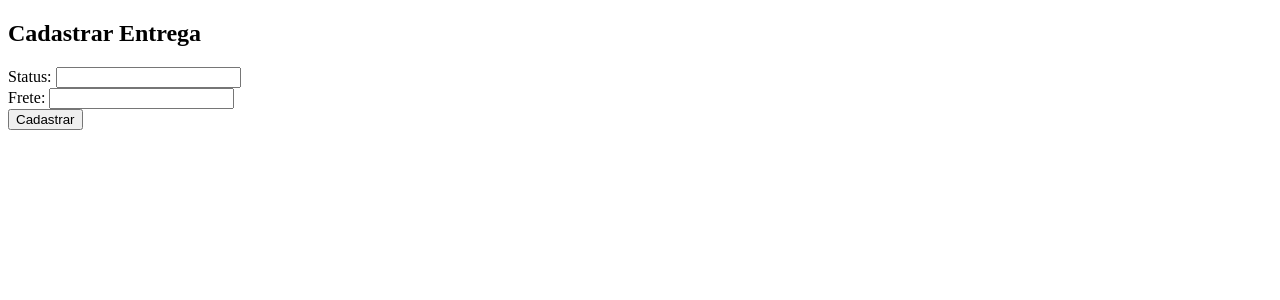
Repository: alvarofgomes/TartarugaCometa
Page: http://localhost/TartarugaCometa/src/main/WebContent/entrega/cadastrar.jsp
The author's editor kept a copy of each file at every save. The page is drawn from the files as they stood at one save, then again after the next save.
The browser window is 1280 px wide. The pictures show the whole page.
The page is served by Tomcat 9. Other server files are loaded and not shown.

Above is the page before, as saved 2025-12-15 23:08:20.

### TartarugaCometa/src/main/WebContent/entrega/cadastrar.jsp
<%@ page language="java" contentType="text/html; charset=UTF-8"
    pageEncoding="UTF-8"%>
<!DOCTYPE html>
<html>
<head>
<meta charset="UTF-8">
<title>Insert title here</title>
</head>
<body>

	<h2>Cadastrar Entrega</h2>

	<form action="entregaCadastrar" method="post">
	    <input type="hidden" name="clienteId" value="${clienteId}" />

	    Status: <input type="text" name="status"><br>
	    Frete: <input type="number" step="0.01" name="frete"><br>

	    <input type="submit" value="Cadastrar">
	</form>


</body>
</html>

After the next save:
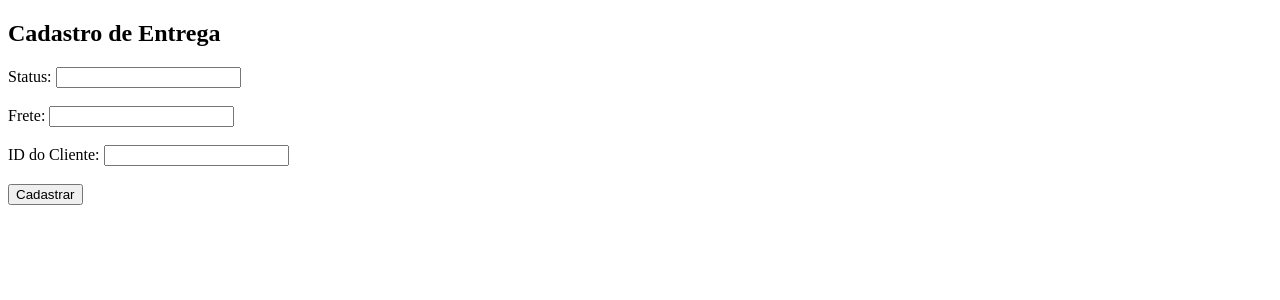
Saved 14 s later.
--- a/TartarugaCometa/src/main/WebContent/entrega/cadastrar.jsp
+++ b/TartarugaCometa/src/main/WebContent/entrega/cadastrar.jsp
@@ -1,24 +1,22 @@
-<%@ page language="java" contentType="text/html; charset=UTF-8"
-    pageEncoding="UTF-8"%>
 <!DOCTYPE html>
 <html>
 <head>
 <meta charset="UTF-8">
-<title>Insert title here</title>
+<title>Cadastrar Entrega</title>
 </head>
 <body>
 
-	<h2>Cadastrar Entrega</h2>
+<h2>Cadastro de Entrega</h2>
 
-	<form action="entregaCadastrar" method="post">
-	    <input type="hidden" name="clienteId" value="${clienteId}" />
+<form action="/TartarugaCometa/cadastrarEntrega" method="post">
 
-	    Status: <input type="text" name="status"><br>
-	    Frete: <input type="number" step="0.01" name="frete"><br>
+    Status: <input type="text" name="status"><br><br>
+    Frete: <input type="text" name="frete"><br><br>
+    ID do Cliente: <input type="text" name="id"><br><br>
 
-	    <input type="submit" value="Cadastrar">
-	</form>
+    <input type="submit" value="Cadastrar">
 
+</form>
 
 </body>
 </html>
